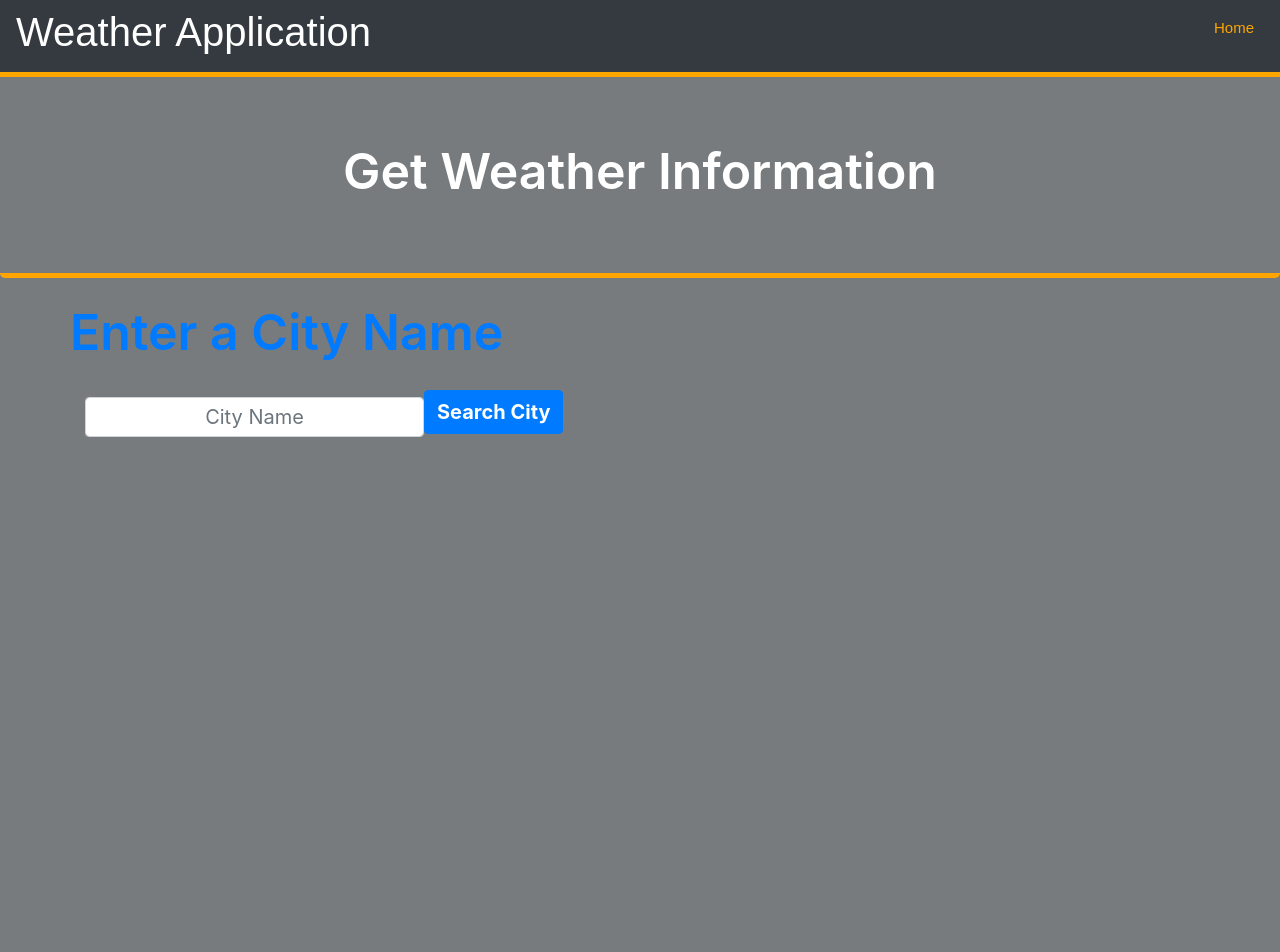
Repository: ElijahHallera/336-Internet-Prog
Page: cst336_s2020_Project3-master/cst336_s2020_Project3-master/index.html
The author's editor kept a record of every edit. The page is drawn from the files as they stood at one moment, then again after the next edit.
The browser window is 1280 px wide. The pictures show the whole page.

Above is the page before.

### cst336_s2020_Project3-master/cst336_s2020_Project3-master/index.html
<!DOCTYPE html>
<html>
    <head>
        <meta charset = "utf-8">
        <title>Midterm 1</title>
        <link href="https://stackpath.bootstrapcdn.com/bootstrap/4.4.1/css/bootstrap.min.css"
        rel="stylesheet"
        integrity="sha384-Vkoo8x4CGsO3+Hhxv8T/Q5PaXtkKtu6ug5TOeNV6gBiFeWPGFN9MuhOf23Q9Ifjh"
        crossorigin="anonymous">
        <link href="https://fonts.googleapis.com/css?family=Raleway&display=swap" rel="stylesheet">
        <script src="https://ajax.aspnetcdn.com/ajax/jQuery/jquery-3.4.1.min.js"></script>
        <script src = "https://cdnjs.cloudflare.com/ajax/libs/underscore.js/1.9.1/underscore-min.js"></script>
        <link href = "app.css" rel = "stylesheet" type = "text/css">
    </head>

    <header>
        <nav class="navbar navbar-dark bg-dark">
            <h1> Weather Application </h1>
            <ul>
                <li> <a href = "index.html" id = "currentPage" class = "homeA"> Home </a> </li>
            </ul>
        </nav>
    </header>

    <body>
        <div class = "jumbotron">
            <h2 class = "text-center"> Get Weather Information</h2>
        </div>

        </br>

        <div class="container">
            <div class="row">
                <h3 class = "text-center text-primary">Enter a City Name</h3>
                <span id = "error"></span>
            </div>

            <div class = "row form-group form-inline" id = "rowDiv">
               <input type="text" name = "city" id = "city" class = "form-control" placeholder = "City Name">
               <button id = "submitWeather" class="btn btn-primary">Search City</button>
            </div>

            </br>

            <div id = "show"></div>

        </div>

        <script src = "javascript.js"></script>
    </body>
</html>

### cst336_s2020_Project3-master/cst336_s2020_Project3-master/app.css
body{
    background-color: #777B7E;
}

h2{
 text-align: center;
}

h3{
 text-align: center;
}

input[type="text"]{
    height: 40px;
    font-size: 20px;
}

input{
    text-align: center;
}

button{
    text-align: center;
}

nav li:hover{
    font-size: 1.10em;
    transition: .9s;
}

li {
    list-style: none;
    display: inline-block;
    padding-left: 10px;
    padding-right: 10px;
}

a {
    font-size: 1em;
    color: orange;
    border-radius: 15px;
    justify-content: space-between;
}

header {
    color: white;
    font-family: "Montserrat", sans-serif;
    font-size: 15px;
    justify-content: space-between;
    align-items: center;
    text-align: center;
    border-bottom: 5px solid orange;
}

img {
  border-radius: 4px;
  padding: 5px;
  width: 150px;
  margin-bottom: 10px;
}

footer {
    padding: 10px;
    background-color: #777B7E;
    clear: left;
    text-align: center;
    font-family: 'Source Sans Pro', sans-serif;
    color: black;
    border-top: 5px solid orange;
}

#show{
    margin: auto;
    text-align: center;
}

#rowDiv{
    margin: auto;
    text-align: center;
    width: 100%;
}

#submitWeather{
    font-size: 20px;
    font-weight: bold;
    margin-bottom: 10px;
}

#center{
    text-align: center;
}

.jumbotron{
    margin-bottom: 0px;
    color: white;
    background-color: #777B7E;
    border-bottom: 5px solid orange;
}
.text-center{
    color: white;
    font-size: 50px;
    font-weight:  600;
}

.row{
    margin-bottom:20px;
}

.container{
    text-align: center;
    height: 650px;
}

### cst336_s2020_Project3-master/cst336_s2020_Project3-master/javascript.js
$(document).ready(function(){

    $('#submitWeather').click(function(){
        var city = $("#city").val();
        var yeet = "images/warm.jpg";
        if(city != ''){
            $.ajax({

               url: "https://api.openweathermap.org/data/2.5/weather?q=" + city + "&units=imperial&APPID=0aa5e5f254be985411b1bdfc170de6e0",
               type: "GET",
               data: "json",
               success: function(data){
                    if(data.main.temp >= 100){
                        alert("ITS VERY HOT");
                        var img = "<div class='img-thumbnail flex-item'><img src= images/veryhot.jpeg></div>";
                        $(".flex-container").append(img);
                    }
                    if(data.main.temp >= 70 && data.main.temp < 100){
                        alert("ITS HOT");
                        var img = "<div class='img-thumbnail flex-item'><img src = images/warm.jpg></div>";
                        $(".flex-container").append(img);
                    }

                    if(data.main.temp >= 40 && data.main.temp < 70){
                        alert("ITS PLEASANT OUT");
                    }

                    if(data.main.temp >= 32 && data.main.temp < 40){
                        alert("ITS COLD");
                    }

                    if(data.main.temp < 32){
                        alert("ITS VERY COLD");
                    }

                    var widget = show(data);
                    $("#show").html(widget);
                    $("#city").val('');
               }
            });
        } else {
            $("error").html('Cannot be empty!');
        }
    });
});

function show(data){
    return "<h2>Current weather for " + data.name + ", " + data.sys.country + "</h2>" +
           "<h2>Weather: " + data.weather[0].main + "</h2>" +
           "<h3>Description: "+ data.weather[0].description +"</h3>" +
           "<h3>Temperature: "  + data.main.temp + "&#8457 </h2>" +
           "<h3>Humidity: "  + data.main.humidity + " %</h2>" +
           "<h3>Wind Speed: "  + data.wind.speed + " MPH </h2>";
}

After the next edit:
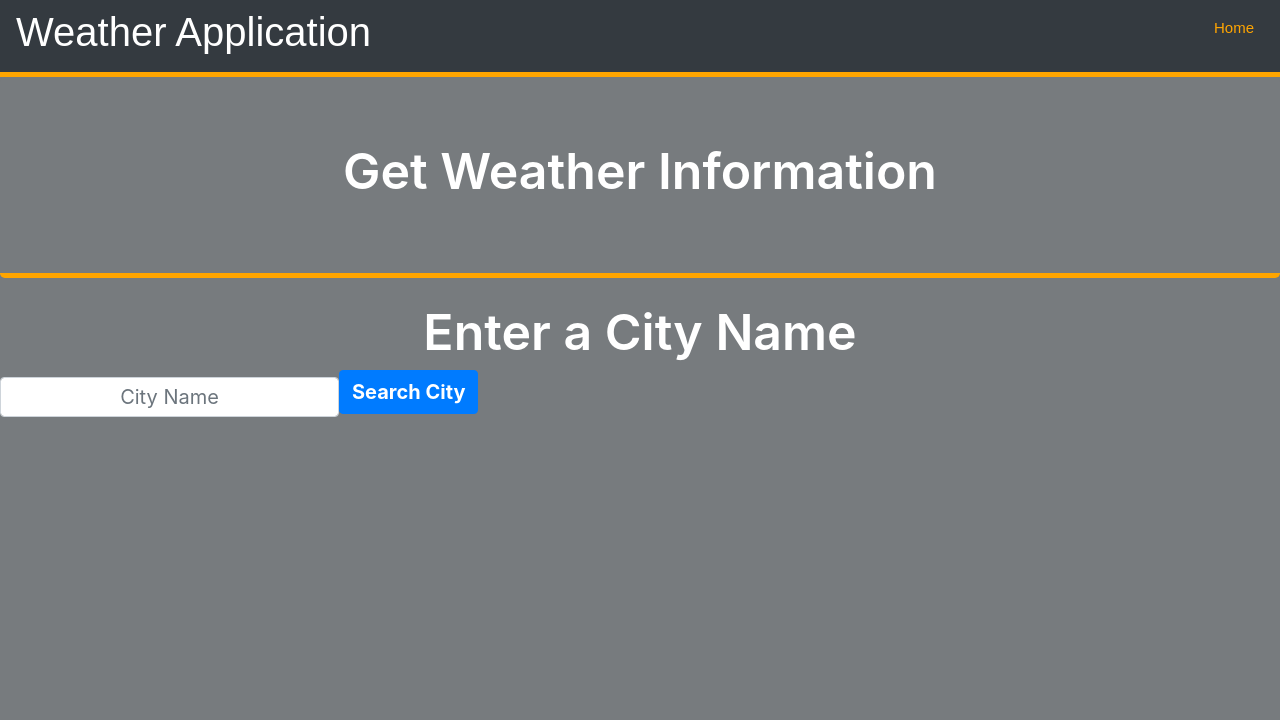
The edit:
--- a/cst336_s2020_Project3-master/cst336_s2020_Project3-master/index.html
+++ b/cst336_s2020_Project3-master/cst336_s2020_Project3-master/index.html
@@ -29,9 +29,9 @@
 
         </br>
 
-        <div class="container">
-            <div class="row">
-                <h3 class = "text-center text-primary">Enter a City Name</h3>
+        <div>
+            <div>
+                <h3 class = "text-center">Enter a City Name</h3>
                 <span id = "error"></span>
             </div>
 
